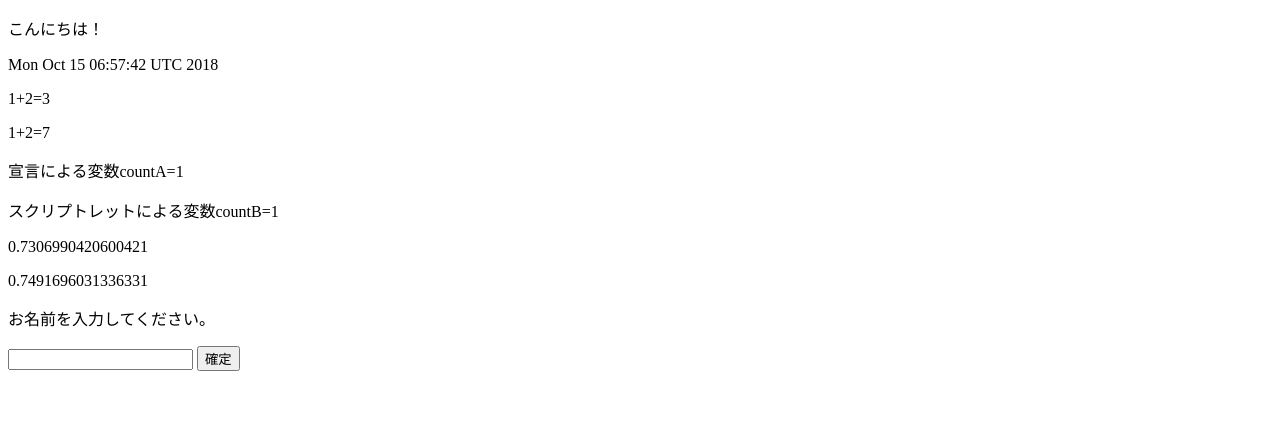
Repository: user10112018/test
Page: http://localhost/HelloJSP/
An editor plug-in stored every save of this project. The page is shown before and after the next save, followed by the edit.
The browser window is 1280 px wide. The pictures show the whole page.
The page is served by Tomcat 9.

Above is the page before, as saved 2018-10-15 07:54:40.

After the next save:
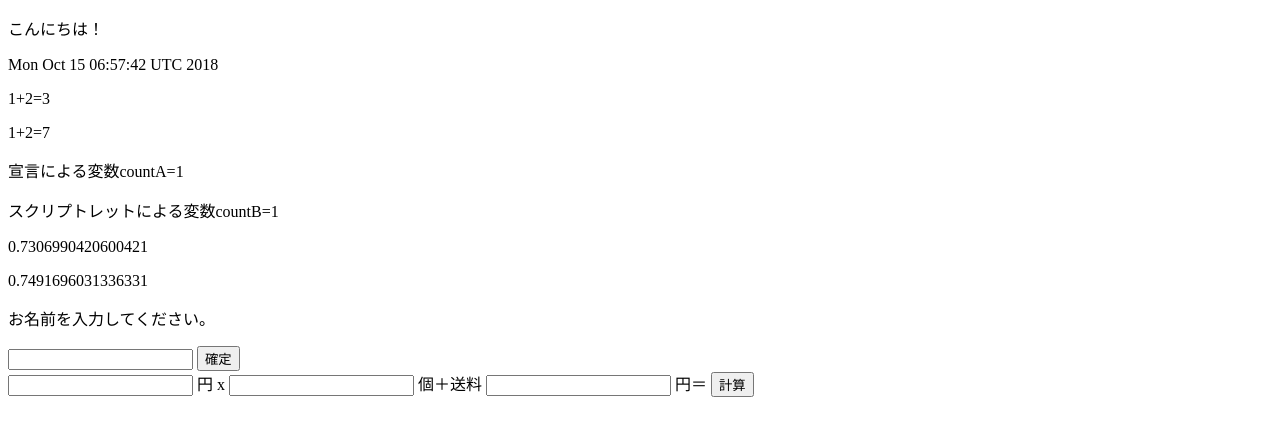
Saved 4 min 1 s later.
--- a/HelloJSP/WebContent/index.jsp
+++ b/HelloJSP/WebContent/index.jsp
@@ -51,6 +51,21 @@
 </form>
 
 
+<form method="post actioin = "total_out.jsp">
+
+<input type="text" name="price">
+円 x
+
+<input type="text" name="count">
+個＋送料
+
+<input type="text" name="delivery">
+円＝
+
+<input type="submit" value="計算">
+
+</form>
+
 
 
 </body>
